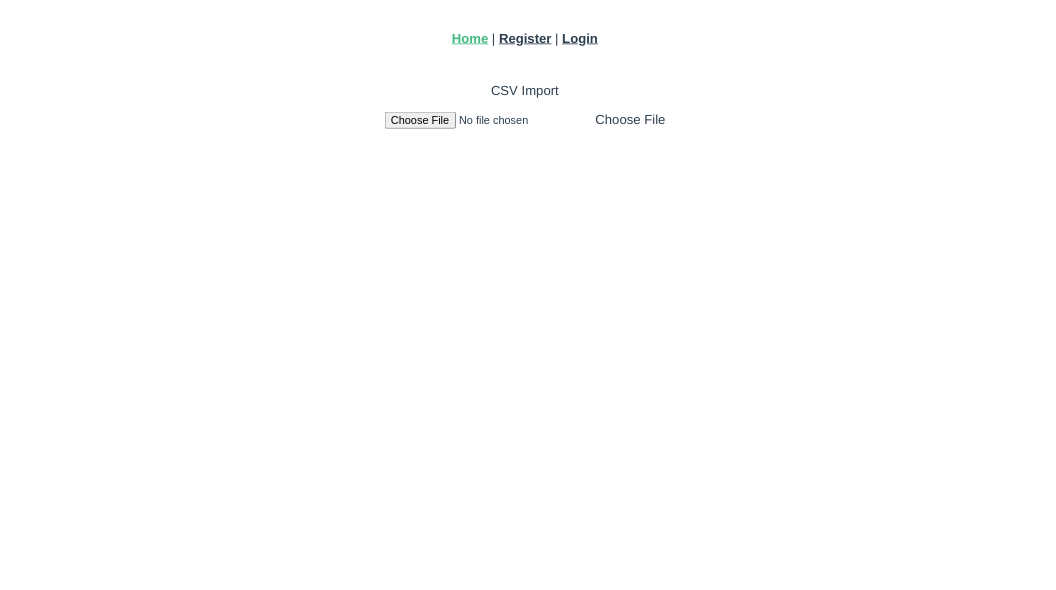
Repository: Flypr/licentaCSV
Page: /
An editor plug-in stored every save of this project. The page is shown before and after the next save, followed by the edit.
The browser window is 1280 px wide. The page is 1280 px wide, then 1288 px, so the pictures cover 1288 px, including what lies to the right of the window. The pictures show the whole page, at 82% of full size.
The project was rebuilt for these pictures with package versions that can differ from the ones it lists, and the page was loaded fresh each time.

Above is the page before, as saved 2021-03-16 18:03:33.

### public/index.html
<!DOCTYPE html>
<html lang="">
  <head>
    <meta charset="utf-8">
    <meta http-equiv="X-UA-Compatible" content="IE=edge">
    <meta name="viewport" content="width=device-width,initial-scale=1.0">
    <link rel="icon" href="<%= BASE_URL %>favicon.ico">
    <title><%= htmlWebpackPlugin.options.title %></title>

    <link rel="preconnect" href="https://fonts.gstatic.com">
    <link
        href="https://fonts.googleapis.com/css2?family=Raleway:ital,wght@0,200;0,300;0,400;0,600;1,100;1,200;1,300;1,400&display=swap"
        rel="stylesheet">

  </head>
  <body>
    <noscript>
      <strong>We're sorry but <%= htmlWebpackPlugin.options.title %> doesn't work properly without JavaScript enabled. Please enable it to continue.</strong>
    </noscript>
    <div id="app"></div>
    <!-- built files will be auto injected -->
  </body>
</html>

### src/App.vue
<template>
  <div id="app">
    <Nav></Nav>
    <router-view />
  </div>
</template>

<script>
import Nav from '@/components/Nav'
export default {
  name: 'App',
  components: {
    Nav
  }
}
</script>

<style>
#app {
  font-family: Avenir, Helvetica, Arial, sans-serif;
  -webkit-font-smoothing: antialiased;
  -moz-osx-font-smoothing: grayscale;
  text-align: center;
  color: #2c3e50;
}
</style>

### src/router/index.js
import Vue from "vue";
import VueRouter from "vue-router";

Vue.use(VueRouter);

const routes = [
  {
    path: "/",
    name: "Home",
    component: () =>
      import(/* webpackChunkName: "Home" */ "../views/Home.vue")
  },
  {
    path: "/register",
    name: "Register",
    component: () =>
      import(/* webpackChunkName: "register" */ "../views/Register.vue")
  },
  {
    path: "/login",
    name: "Login",
    component: () =>
      import(/* webpackChunkName: "login" */ "../views/Login.vue")
  }
];

const router = new VueRouter({
  mode: 'history',
  routes
});

export default router;

### src/components/Nav.vue
<template>
    <div id="nav">
      <router-link to="/">Home</router-link> |
      <router-link to="/register">Register</router-link> |
      <router-link to="/login">Login</router-link>
    </div>
</template>

<script>
export default {
    name: 'Nav'
}
</script>

<style scoped>
#nav {
  padding: 30px;
}

#nav a {
  font-weight: bold;
  color: #2c3e50;
}

#nav a.router-link-exact-active {
  color: #42b983;
}
</style>

### src/views/Home.vue
<template>
    <div class="container">
        <div class="row">
            <div class="title-text">
                <p>CSV Import</p>
            </div>
        </div>
        <div class="row file-btn">
            <label class="custom-file-upload">
                <input type="file" id="csv" name="csv_file" class="button-control" @change="loadCSV($event)">
                Choose File
            </label>
        </div>
        <table v-if="parse_csv">
            <thead>
                <tr>
                    <th v-for="key in parse_header"
                        @click="sortBy(key)"
                        :class="{ active: sortKey == key }"
                        :key="key"
                    >
                        {{ key | capitalize }}
                        <span class="arrow" :class="sortOrders[key] > 0 ? 'asc' : 'dsc'"></span>
                    </th>
                </tr>
            </thead>
            <tr v-for="csv in parse_csv" :key="csv">
                <td v-for="key in parse_header" :key="key">
                    {{ csv[key] }}
                </td>
            </tr>
        </table>
    </div>
</template>

<script>
export default {
    name: 'Home',
    data() {
        return {
            channel_name: '',
            channel_fields: [],
            channel_entries: [],
            parse_header: [],
            parse_csv: [],
            sortOrders:{},
            sortKey: '',
            result: []
        }
    },
    filters: {
      capitalize: function (str) {
        return str.charAt(0).toUpperCase() + str.slice(1)
      }
    },
    methods: {
      sortBy(key) {
        var vm = this
        vm.sortKey = key
        vm.sortOrders[key] = vm.sortOrders[key] * -1
      },
      csvJSON(csv){
        var vm = this
        var lines = csv.split("\n")
        var result = []
        var headers = lines[0].split(",")
        vm.parse_header = lines[0].split(",")
        lines[0].split(",").forEach(function (key) {
          vm.sortOrders[key] = 1
        })

        lines.map(function(line, indexLine){
          if (indexLine < 1) return // Jump header line

          var obj = {}
          var currentline = line.split(",")

          headers.map(function(header, indexHeader){
            obj[header] = currentline[indexHeader]
          })

          result.push(obj)
        })

        result.pop() // remove the last item because undefined values

        return result // JavaScript object
      },
      loadCSV(e) {
        var vm = this
        if (window.FileReader) {
          var reader = new FileReader();
          reader.readAsText(e.target.files[0]);
          // Handle errors load
          reader.onload = function(event) {
            var csv = event.target.result;
            vm.parse_csv = vm.csvJSON(csv)

          };
          reader.onerror = function(evt) {
            if(evt.target.error.name == "NotReadableError") {
              alert("Canno't read file !");
            }
          };
        } else {
          alert('FileReader are not supported in this browser.');
        }
      },

    }
}
</script>

<style scoped>
/* html, body {
    margin: 0;
    padding: 0;
    font-size: 20px;
    font-family: Raleway, Arial, Helvetica, sans-serif;
}

.container {
    width: 100vw;
    height: 100vw;
    background-color: #6baaa1;
}

.title-text {
    padding-top: 10%;
    font-size: 600%;
    font-weight: 600;
    text-align: center;
    color: #fff;
}

.file-btn {
    padding: 20px;
    text-align: center;
}

input[type=file] {
    display: none;
}

.custom-file-upload,
.custom-file-upload:visited {
    border: 1px solid #fff;
    border-radius: 50px;
    display: inline-block;
    padding: 16px 22px;
    cursor: pointer;
    font-size: 120%;
    font-weight: 400;
    color: #fff;
    transition: background-color 0.2s, color 0.2s;
}

.custom-file-upload:hover {
    background-color: #fff;
    color: #6baaa1;
}

h1,
h2,
h3,
h4,
h5,
h6 {
    margin: 0;
}

table {
    border-collapse: collapse;
    margin: 50px auto;
}

thead {
    background-color: #fff;
    color: #6baaa1;
}

tbody {
    color: #fff;
}

td, th {
    border: 1px solid #fff;
    text-align: left;
    padding: 16px 26px;
} */
</style>

Loaded but not shown: src/main.js (common file); src/store/index.js (common file)

After the next save:
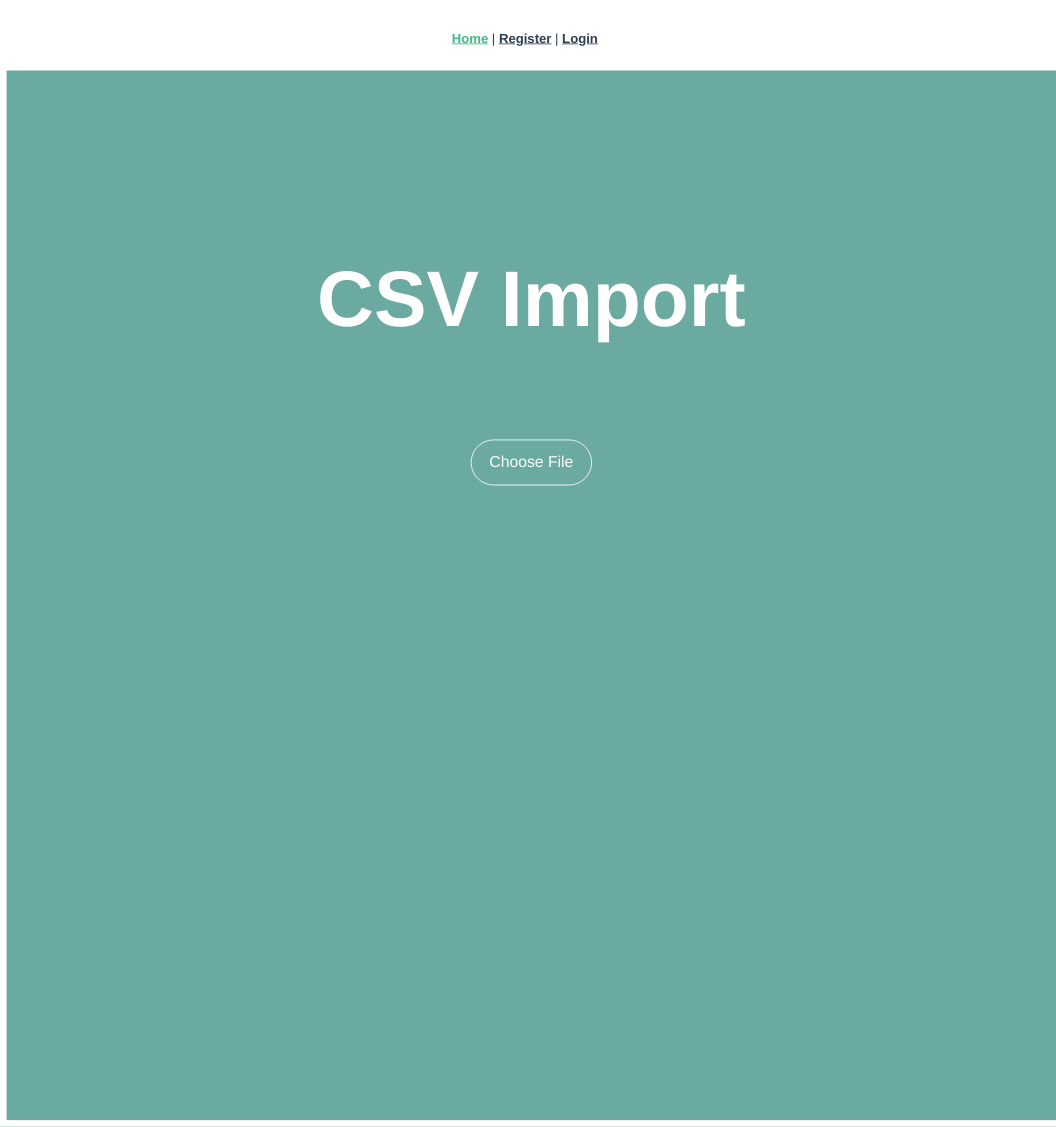
Saved 58 s later.
--- a/src/views/Home.vue
+++ b/src/views/Home.vue
@@ -112,52 +112,52 @@ export default {
 </script>
 
 <style scoped>
-/* html, body {
-    margin: 0;
-    padding: 0;
-    font-size: 20px;
-    font-family: Raleway, Arial, Helvetica, sans-serif;
+html, body {
+  margin: 0;
+  padding: 0;
+  font-size: 20px;
+  font-family: Raleway, Arial, Helvetica, sans-serif;
 }
 
 .container {
-    width: 100vw;
-    height: 100vw;
-    background-color: #6baaa1;
+  width: 100vw;
+  height: 100vw;
+  background-color: #6baaa1;
 }
 
 .title-text {
-    padding-top: 10%;
-    font-size: 600%;
-    font-weight: 600;
-    text-align: center;
-    color: #fff;
+  padding-top: 10%;
+  font-size: 600%;
+  font-weight: 600;
+  text-align: center;
+  color: #fff;
 }
 
 .file-btn {
-    padding: 20px;
-    text-align: center;
+  padding: 20px;
+  text-align: center;
 }
 
 input[type=file] {
-    display: none;
+  display: none;
 }
 
 .custom-file-upload,
 .custom-file-upload:visited {
-    border: 1px solid #fff;
-    border-radius: 50px;
-    display: inline-block;
-    padding: 16px 22px;
-    cursor: pointer;
-    font-size: 120%;
-    font-weight: 400;
-    color: #fff;
-    transition: background-color 0.2s, color 0.2s;
+  border: 1px solid #fff;
+  border-radius: 50px;
+  display: inline-block;
+  padding: 16px 22px;
+  cursor: pointer;
+  font-size: 120%;
+  font-weight: 400;
+  color: #fff;
+  transition: background-color 0.2s, color 0.2s;
 }
 
 .custom-file-upload:hover {
-    background-color: #fff;
-    color: #6baaa1;
+  background-color: #fff;
+  color: #6baaa1;
 }
 
 h1,
@@ -166,26 +166,26 @@ h3,
 h4,
 h5,
 h6 {
-    margin: 0;
+  margin: 0;
 }
 
 table {
-    border-collapse: collapse;
-    margin: 50px auto;
+  border-collapse: collapse;
+  margin: 50px auto;
 }
 
 thead {
-    background-color: #fff;
-    color: #6baaa1;
+  background-color: #fff;
+  color: #6baaa1;
 }
 
 tbody {
-    color: #fff;
+  color: #fff;
 }
 
 td, th {
-    border: 1px solid #fff;
-    text-align: left;
-    padding: 16px 26px;
-} */
+  border: 1px solid #fff;
+  text-align: left;
+  padding: 16px 26px;
+}
 </style>
